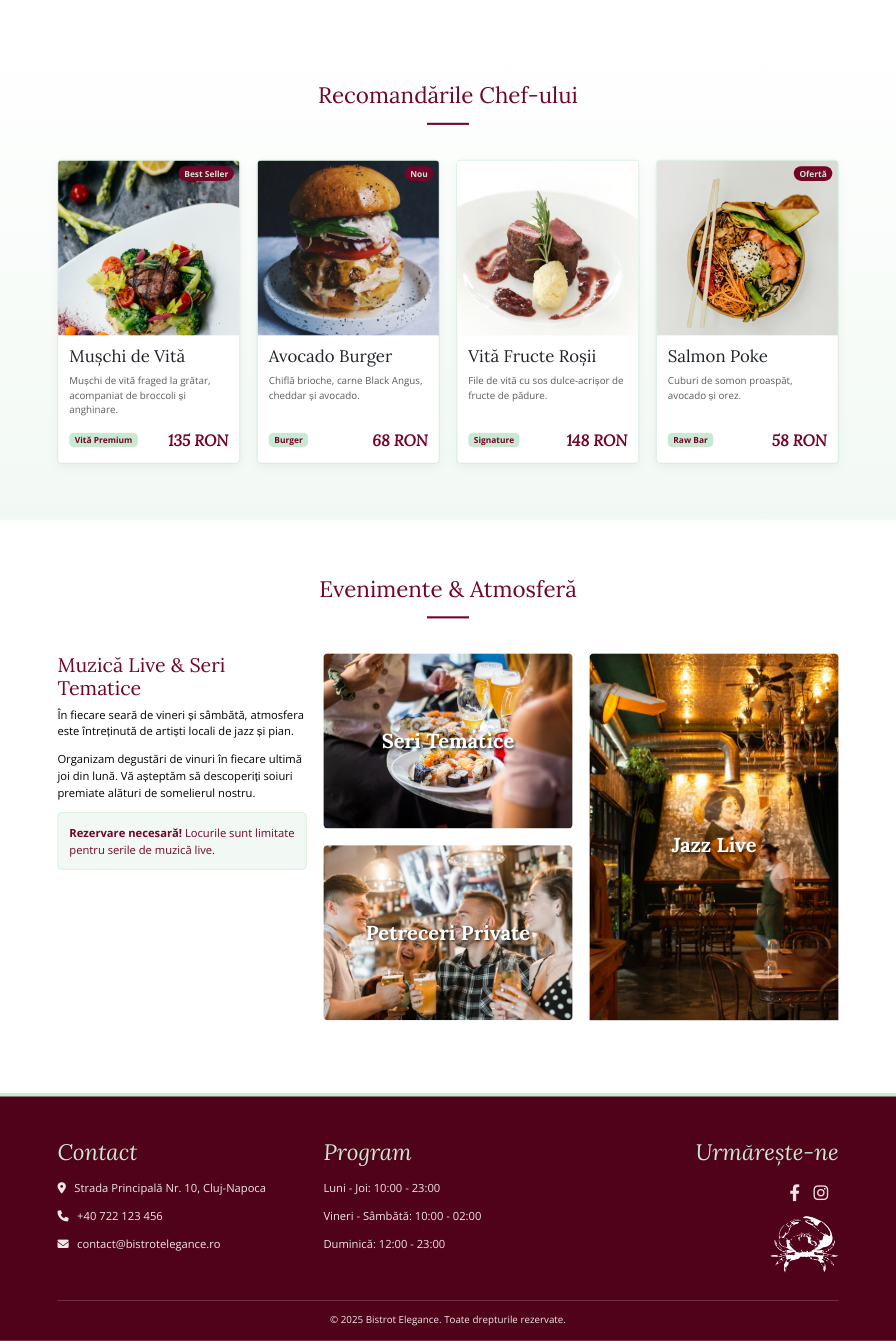
Repository: 912-Comsa-Teodora/bistrot-restaurant
Page: restaurant/index.html
The author's editor kept a copy of each file at every save. The page is drawn from the files as they stood at one save, then again after the next save.
The browser window is 1280 px wide. The pictures show the part of the page from y = 1178 to 3098 px (the page is 3094 px tall before and 3098 px after), at 70% of full size.
A picture or video elsewhere on the page could not be fetched, so the positions and the page height are approximate.

Above is the page before, as saved 2026-01-18 17:11:17.

### restaurant/index.html
<!DOCTYPE html>
<html lang="ro">
<head>
    <meta charset="UTF-8">
    <meta name="viewport" content="width=device-width, initial-scale=1.0">
    <meta name="description" content="Cel mai bun restaurant și bar din oraș. Atmosferă unică, meniu select.">
    <meta name="author" content="Comsa Teodora">

    <title>Bistrot Elegance - Restaurant & Bar</title>

    <link href="https://cdn.jsdelivr.net/npm/bootstrap@5.3.0/dist/css/bootstrap.min.css" rel="stylesheet">
    <link rel="stylesheet" href="https://cdnjs.cloudflare.com/ajax/libs/font-awesome/6.4.0/css/all.min.css">

    <link href="https://fonts.googleapis.com/css2?family=Lora:ital,wght@0,400;0,700;1,400&family=Open+Sans:wght@300;400;700&display=swap" rel="stylesheet">

    <style>
        :root {
            --primary-color: #740427;
            --primary-dark: #50021b;
            --mint-color: #C8EAD3;
            --mint-light: #F2F9F4;
            --text-dark: #000000;
            --white: #ffffff;
        }

        body {
            font-family: 'Open Sans', sans-serif;
            color: var(--text-dark);
            padding-top: 65px;
            background-color: var(--white);
        }

        h1, h2, h3, h4, h5 {
            font-family: 'Lora', serif;
            color: var(--primary-color);
        }

        .navbar {
            background-color: #fff;
            box-shadow: 0 2px 10px rgba(0,0,0,0.1);
            border-bottom: 1px solid var(--mint-color);
        }

        .navbar-brand img {
            max-height: 40px;
        }

        .nav-link {
            color: var(--primary-dark);
            font-weight: 700;
            text-transform: uppercase;
            font-size: 0.9rem;
        }

        .nav-link:hover {
            color: var(--primary-color);
        }


        #heroCarousel .carousel-item img {
            height: calc(100vh - 65px);
            object-fit: cover;
            filter: brightness(0.6);
        }

        .carousel-caption {
            top: 50%;
            transform: translateY(-50%);
            bottom: auto;
            width: 70%;
            left: 15%;
        }

        .carousel-caption p {
            margin-top: 0;
            margin-bottom: 1.5rem;
            font-size: 1.2rem;
            font-weight: 300;
            color: #fff;
        }

        .carousel-caption h1 {
            font-size: 4rem;
            color: #fff;
            text-shadow: 2px 2px 4px rgba(0,0,0,0.6);
        }

        section {
            padding: 80px 0;
        }

        .section-title {
            text-align: center;
            margin-bottom: 50px;
            position: relative;
        }

        .section-title::after {
            content: '';
            display: block;
            width: 60px;
            height: 3px;
            background-color: var(--primary-color);
            margin: 20px auto;
        }

        .bg-mint-gradient {
            background: linear-gradient(180deg, var(--white) 0%, var(--mint-light) 100%);
        }

        .card {
            border: 1px solid var(--mint-color);
            background-color: #fff;
            transition: transform 0.3s;
            box-shadow: 0 5px 15px rgba(0,0,0,0.05);
        }

        .card:hover {
            transform: translateY(-5px);
            border-color: var(--primary-color);
            box-shadow: 0 10px 30px rgba(116, 4, 39, 0.1);
        }

        .card-img-top {
            height: 250px;
            width: 100%;
            object-fit: cover;
            object-position: center;
        }

        .price-tag {
            font-family: 'Lora', serif;
            font-size: 1.4rem;
            font-weight: 700;
            color: var(--primary-color);
            font-style: italic;
        }

        .badge-custom-primary {
            background-color: var(--primary-color) !important;
            color: var(--mint-color);
        }

        .badge-custom-mint {
            background-color: var(--mint-color) !important;
            color: var(--primary-color);
            font-weight: 700;
        }

        .event-wrapper {
            position: relative;
            overflow: hidden;
            border-radius: 0.375rem;
        }

        .event-text-overlay {
            position: absolute;
            top: 50%;
            left: 50%;
            transform: translate(-50%, -50%);
            color: var(--white);
            font-family: 'Lora', serif;
            font-size: 1.8rem;
            font-weight: 700;
            text-shadow: 2px 2px 4px rgba(0,0,0,0.8);
            width: 100%;
            text-align: center;
            z-index: 2;
            pointer-events: none;
        }

        .event-wrapper img {
            transition: transform 0.3s ease;
        }
        .event-wrapper:hover img {
            transform: scale(1.05);
        }

        @media (min-width: 992px) {
            .event-img-small {
                height: 250px;
                width: 100%;
                object-fit: cover;
            }
            .event-img-large {
                height: calc(500px + 1.5rem);
                width: 100%;
                object-fit: cover;
            }
        }

        footer {
            background-color: var(--primary-dark);
            color: #fff;
            padding: 60px 0 20px;
            border-top: 5px solid var(--mint-color);
        }

        footer h2 {
            color: var(--mint-color);
            margin-bottom: 20px;
            font-style: italic;
        }

        footer p, footer i {
            color: rgba(255, 255, 255, 0.9);
        }

        .social-icons a {
            color: #fff;
            font-size: 1.5rem;
            margin-right: 15px;
            transition: color 0.3s;
        }

        .social-icons a:hover {
            color: var(--mint-color);
        }

        hr.bg-light {
             border-color: rgba(255,255,255,0.2);
        }
    </style>
</head>
<body>

    <header id="home">
        <nav class="navbar navbar-expand-lg navbar-light fixed-top">
            <div class="container">
                <a class="navbar-brand" href="index.html">
                    <img src="./pictures/Bistrot-Elegance-Logo-visiniu.png" alt="Logo Bistrot Elegance">
                </a>

                <button class="navbar-toggler" type="button" data-bs-toggle="collapse" data-bs-target="#navbarContent" aria-controls="navbarContent" aria-expanded="false" aria-label="Toggle navigation">
                    <span class="navbar-toggler-icon"></span>
                </button>

                <div class="collapse navbar-collapse" id="navbarContent">
                    <ul class="navbar-nav ms-auto mb-2 mb-lg-0">
                        <li class="nav-item">
                            <a class="nav-link" href="#home">Acasă</a>
                        </li>
                        <li class="nav-item">
                            <a class="nav-link" href="menu.pdf" target="_blank">Meniu</a>
                        </li>
                        <li class="nav-item">
                            <a class="nav-link" href="#despre">Despre Noi</a>
                        </li>
                        <li class="nav-item">
                            <a class="nav-link" href="#specialitati">Specialități</a>
                        </li>
                        <li class="nav-item">
                            <a class="nav-link" href="#evenimente">Evenimente</a>
                        </li>
                        <li class="nav-item">
                            <a class="nav-link" href="#contact">Contact</a>
                        </li>
                    </ul>
                </div>
            </div>
        </nav>
    </header>

    <div id="heroCarousel" class="carousel slide" data-bs-ride="carousel">
        <div class="carousel-inner">
            <div class="carousel-item active" data-bs-interval="3000">
                <img src="pictures/restaurant-imagine-principala.jpg" class="d-block w-100" alt="Interior restaurant imagine principala cu mancare">
                <div class="carousel-caption">
                    <p>Bine ați venit la</p>
                    <h1>Bistrot Elegance</h1>
                    <p>O experiență culinară de neuitat în inima orașului</p>
                </div>
            </div>

            <div class="carousel-item" data-bs-interval="3000">
                <img src="pictures/cover-bauturi.jpg" class="d-block w-100" alt="Bauturi in pahare de sticla">
                <div class="carousel-caption">
                    <h1>Cocktailuri Signature</h1>
                    <p>Mixologie rafinată pentru seri perfecte</p>
                </div>
            </div>

            <div class="carousel-item" data-bs-interval="3000">
                <img src="pictures/cover-mancare.jpg" class="d-block w-100" alt="Fel de mancare din meniul restaurantului">
                <div class="carousel-caption">
                    <h1>Gusturi Autentice</h1>
                    <p>Preparate create cu pasiune din ingrediente locale</p>
                </div>
            </div>

            <div class="carousel-item" data-bs-interval="3000">
                <img src="pictures/cover-desert.jpg" class="d-block w-100" alt="Imagine cu diverse deserturi din meniu">
                <div class="carousel-caption">
                    <h1>Deserturi Artizanale</h1>
                    <p>Finalul dulce perfect pentru orice masă</p>
                </div>
            </div>

            <div class="carousel-item" data-bs-interval="3000">
                <img src="pictures/seara-de-jazz.jpg" class="d-block w-100" alt="Restaurantul in serile de jazz">
                <div class="carousel-caption">
                    <h1>Atmosferă Relaxantă</h1>
                    <p>Locul ideal pentru întâlniri și evenimente</p>
                </div>
            </div>
        </div>
    </div>

    <section id="despre">
        <div class="container">
            <div class="row align-items-center">
                <div class="col-lg-6 mb-4 mb-lg-0">
                    <h2 class="mb-4">Povestea Noastră</h2>
                    <h3 class="mb-3" style="color: var(--text-dark); opacity: 0.8;">Tradiție și modernism din 2010</h3>
                    <p>
                        Situat într-o clădire istorică, <strong>Bistrot Elegance</strong> îmbină arhitectura clasică cu un design interior modern și vibrant. Ne mândrim cu o atmosferă care invită la relaxare și conversație, fiind locul ideal atât pentru întâlniri de afaceri, cât și pentru cine romantice.
                    </p>
                    <p>
                        Filozofia noastră culinară se bazează pe ingrediente locale, proaspete, reinterpretate într-o manieră internațională. Echipa noastră de bucătari pasionați lucrează zilnic pentru a oferi preparate care surprind prin gust și prezentare.
                    </p>
                </div>
                <div class="col-lg-6">
                    <img src="pictures/interior-restaurant.jpg" class="img-fluid rounded shadow" alt="Interior restaurant">
                </div>
            </div>
        </div>
    </section>

    <section id="specialitati" class="bg-mint-gradient">
        <div class="container">
            <h2 class="section-title">Recomandările Chef-ului</h2>
            <div class="row g-4">

                <div class="col-md-6 col-lg-3">
                    <div class="card h-100">
                        <span class="position-absolute top-0 end-0 badge rounded-pill badge-custom-primary m-2">
                            Best Seller
                        </span>
                        <img src="pictures/muschi-de-vita-cu-legume.jpg" class="card-img-top" alt="Muschi de vita fraged la gratar">
                        <div class="card-body d-flex flex-column">
                            <h4 class="card-title">Mușchi de Vită</h4>
                            <p class="card-text small text-muted">Mușchi de vită fraged la grătar, acompaniat de broccoli și anghinare.</p>
                            <div class="mt-auto d-flex justify-content-between align-items-center">
                                <span class="badge badge-custom-mint">Vită Premium</span>
                                <span class="price-tag">135 RON</span>
                            </div>
                        </div>
                    </div>
                </div>

                <div class="col-md-6 col-lg-3">
                    <div class="card h-100">
                         <span class="position-absolute top-0 end-0 badge rounded-pill badge-custom-primary m-2">
                            Nou
                        </span>
                        <img src="pictures/avocado-gourmet-burger.jpg" class="card-img-top" alt="Burger cu avocado cheddar si black angus">
                        <div class="card-body d-flex flex-column">
                            <h4 class="card-title">Avocado Burger</h4>
                            <p class="card-text small text-muted">Chiflă brioche, carne Black Angus, cheddar și avocado.</p>
                            <div class="mt-auto d-flex justify-content-between align-items-center">
                                <span class="badge badge-custom-mint">Burger</span>
                                <span class="price-tag">68 RON</span>
                            </div>
                        </div>
                    </div>
                </div>

                 <div class="col-md-6 col-lg-3">
                    <div class="card h-100">
                        <img src="pictures/vita-cu-fructe-rosii.jpg" class="card-img-top" alt="Vita cu sos de fructe rosii">
                        <div class="card-body d-flex flex-column">
                            <h4 class="card-title">Vită Fructe Roșii</h4>
                            <p class="card-text small text-muted">File de vită cu sos dulce-acrișor de fructe de pădure.</p>
                            <div class="mt-auto d-flex justify-content-between align-items-center">
                                <span class="badge badge-custom-mint">Signature</span>
                                <span class="price-tag">148 RON</span>
                            </div>
                        </div>
                    </div>
                </div>

                <div class="col-md-6 col-lg-3">
                    <div class="card h-100">
                        <span class="position-absolute top-0 end-0 badge rounded-pill badge-custom-primary m-2">
                            Ofertă
                        </span>
                        <img src="pictures/salmon-poke.jpg" class="card-img-top" alt="Cuburu de somon proaspăt">
                        <div class="card-body d-flex flex-column">
                            <h4 class="card-title">Salmon Poke</h4>
                            <p class="card-text small text-muted">Cuburi de somon proaspăt, avocado și orez.</p>
                            <div class="mt-auto d-flex justify-content-between align-items-center">
                                <span class="badge badge-custom-mint">Raw Bar</span>
                                <span class="price-tag">58 RON</span>
                            </div>
                        </div>
                    </div>
                </div>

            </div>
        </div>
    </section>

    <section id="evenimente">
        <div class="container">
            <h2 class="section-title">Evenimente & Atmosferă</h2>
            <div class="row">
                <div class="col-lg-4 mb-4">
                    <h3>Muzică Live & Seri Tematice</h3>
                    <p>În fiecare seară de vineri și sâmbătă, atmosfera este întreținută de artiști locali de jazz și pian.</p>
                    <p>Organizam degustări de vinuri în fiecare ultimă joi din lună. Vă așteptăm să descoperiți soiuri premiate alături de somelierul nostru.</p>
                    <div class="alert alert-info mt-3" style="background-color: var(--mint-light); border-color: var(--mint-color); color: var(--primary-color);">
                        <strong>Rezervare necesară!</strong> Locurile sunt limitate pentru serile de muzică live.
                    </div>
                </div>

                <div class="col-lg-4 col-md-6 mb-4">

                    <div class="event-wrapper mb-4">
                        <img src="pictures/seara-tematica-sushi.jpg" class="img-fluid w-100 event-img-small" alt="Oameni care mananca intr o seara tematica cu specific asiatic.">
                        <div class="event-text-overlay">Seri Tematice</div>
                    </div>

                    <div class="event-wrapper">
                        <img src="pictures/petrecere-privata.jpg" class="img-fluid w-100 event-img-small" alt="Petrecere privata la care oamenii se distreaza">
                        <div class="event-text-overlay">Petreceri Private</div>
                    </div>
                </div>

                <div class="col-lg-4 col-md-6">
                    <div class="event-wrapper h-100">
                        <img src="pictures/seara-de-jazz.jpg" class="img-fluid w-100 event-img-large" alt="Restaurantul intr-o seara pregatit pentru jazz live">
                        <div class="event-text-overlay">Jazz Live</div>
                    </div>
                </div>

            </div>
        </div>
    </section>

    <footer id="contact">
        <div class="container">
            <div class="row">
                <!-- Column 1: Contact -->
                <div class="col-md-4 mb-4">
                    <h2>Contact</h2>
                    <p><i class="fas fa-map-marker-alt me-2"></i> Strada Principală Nr. 10, Cluj-Napoca</p>
                    <p><i class="fas fa-phone me-2"></i> +40 722 123 456</p>
                    <p><i class="fas fa-envelope me-2"></i> contact@bistrotelegance.ro</p>
                </div>

                <!-- Column 2: Program -->
                <div class="col-md-4 mb-4">
                    <h2>Program</h2>
                    <p>Luni - Joi: 10:00 - 23:00</p>
                    <p>Vineri - Sâmbătă: 10:00 - 02:00</p>
                    <p>Duminică: 12:00 - 23:00</p>
                </div>

                <!-- Column 3: Socials & Logo (Aligned Right) -->
                <div class="col-md-4 mb-4 text-md-end text-start d-flex flex-column align-items-md-end align-items-start">
                    <h2>Urmărește-ne</h2>
                    <div class="social-icons mb-3">
                        <a href="https://www.instagram.com/p/DTpjjSEiNyFa9zL6V36H__r-7ydWBVExPYOuuw0/?igsh=MWZ2dzEzcHJvdDZu" aria-label="Facebook"><i class="fab fa-facebook-f"></i></a>
                        <a href="https://www.instagram.com/bistrotelegance?igsh=MXN3Zzh1YTdrY3Y3cw%3D%3D&utm_source=qr" aria-label="Instagram"><i class="fab fa-instagram"></i></a>
                    </div>
                    <!-- Logo placed here to be on the far right -->
                    <img src="./pictures/Bistrot-Elegance-Logo.png" alt="Logo Bistrot Elegance" class="footer-logo img-fluid" style="max-height: 80px;">
                </div>
            </div>

            <hr class="bg-light">

            <div class="row">
                <div class="col-12 text-center">
                    <p class="small mb-0">&copy; 2025 Bistrot Elegance. Toate drepturile rezervate.</p>
                </div>
            </div>
        </div>
    </footer>

    <script src="https://cdn.jsdelivr.net/npm/bootstrap@5.3.0/dist/js/bootstrap.bundle.min.js"></script>
</body>
</html>

After the next save:
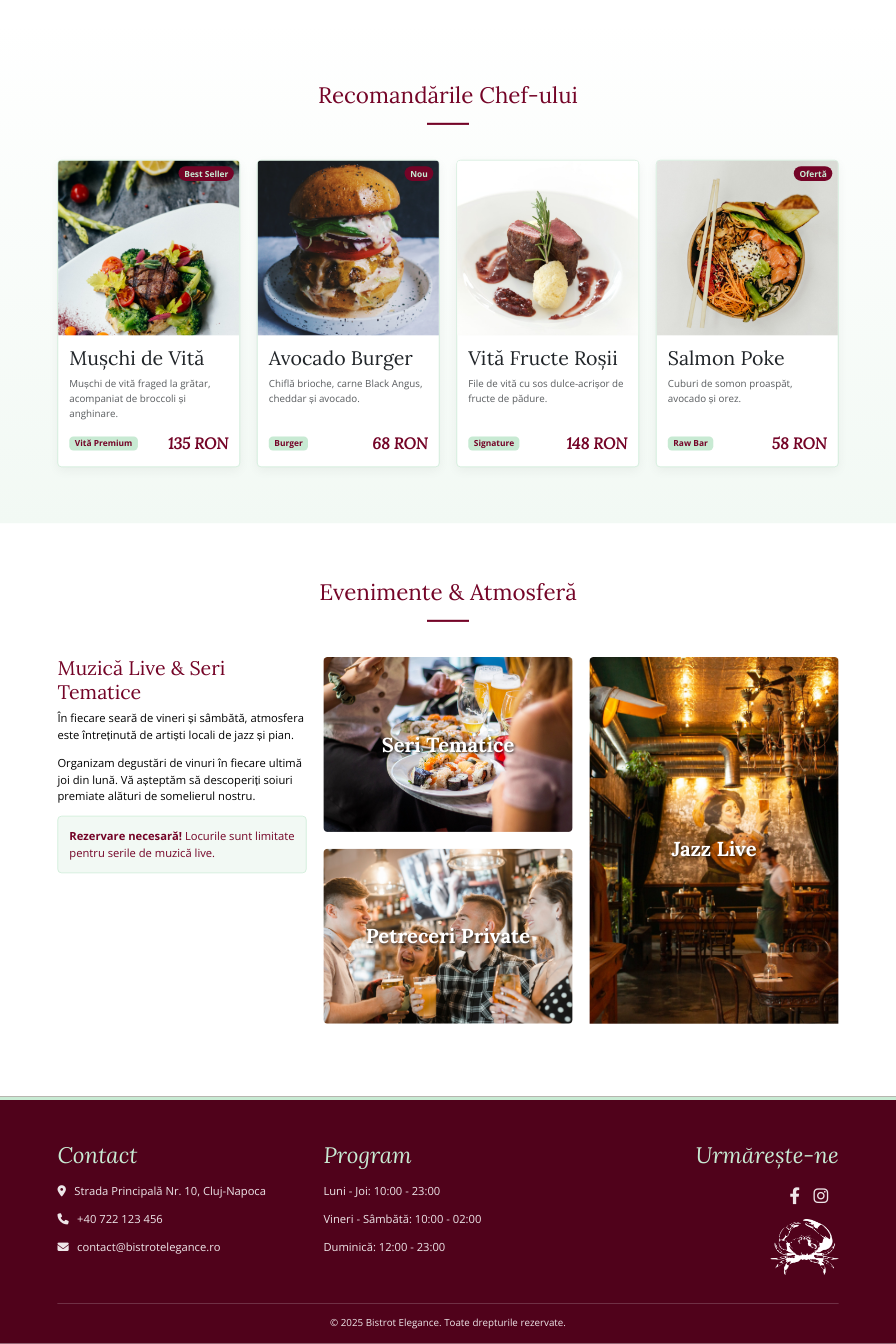
Saved 90 s later.
--- a/restaurant/index.html
+++ b/restaurant/index.html
@@ -338,7 +338,7 @@
                         </span>
                         <img src="pictures/muschi-de-vita-cu-legume.jpg" class="card-img-top" alt="Muschi de vita fraged la gratar">
                         <div class="card-body d-flex flex-column">
-                            <h4 class="card-title">Mușchi de Vită</h4>
+                            <h3 class="card-title">Mușchi de Vită</h3>
                             <p class="card-text small text-muted">Mușchi de vită fraged la grătar, acompaniat de broccoli și anghinare.</p>
                             <div class="mt-auto d-flex justify-content-between align-items-center">
                                 <span class="badge badge-custom-mint">Vită Premium</span>
@@ -355,7 +355,7 @@
                         </span>
                         <img src="pictures/avocado-gourmet-burger.jpg" class="card-img-top" alt="Burger cu avocado cheddar si black angus">
                         <div class="card-body d-flex flex-column">
-                            <h4 class="card-title">Avocado Burger</h4>
+                            <h3 class="card-title">Avocado Burger</h3>
                             <p class="card-text small text-muted">Chiflă brioche, carne Black Angus, cheddar și avocado.</p>
                             <div class="mt-auto d-flex justify-content-between align-items-center">
                                 <span class="badge badge-custom-mint">Burger</span>
@@ -369,7 +369,7 @@
                     <div class="card h-100">
                         <img src="pictures/vita-cu-fructe-rosii.jpg" class="card-img-top" alt="Vita cu sos de fructe rosii">
                         <div class="card-body d-flex flex-column">
-                            <h4 class="card-title">Vită Fructe Roșii</h4>
+                            <h3 class="card-title">Vită Fructe Roșii</h3>
                             <p class="card-text small text-muted">File de vită cu sos dulce-acrișor de fructe de pădure.</p>
                             <div class="mt-auto d-flex justify-content-between align-items-center">
                                 <span class="badge badge-custom-mint">Signature</span>
@@ -386,7 +386,7 @@
                         </span>
                         <img src="pictures/salmon-poke.jpg" class="card-img-top" alt="Cuburu de somon proaspăt">
                         <div class="card-body d-flex flex-column">
-                            <h4 class="card-title">Salmon Poke</h4>
+                            <h3 class="card-title">Salmon Poke</h3>
                             <p class="card-text small text-muted">Cuburi de somon proaspăt, avocado și orez.</p>
                             <div class="mt-auto d-flex justify-content-between align-items-center">
                                 <span class="badge badge-custom-mint">Raw Bar</span>
